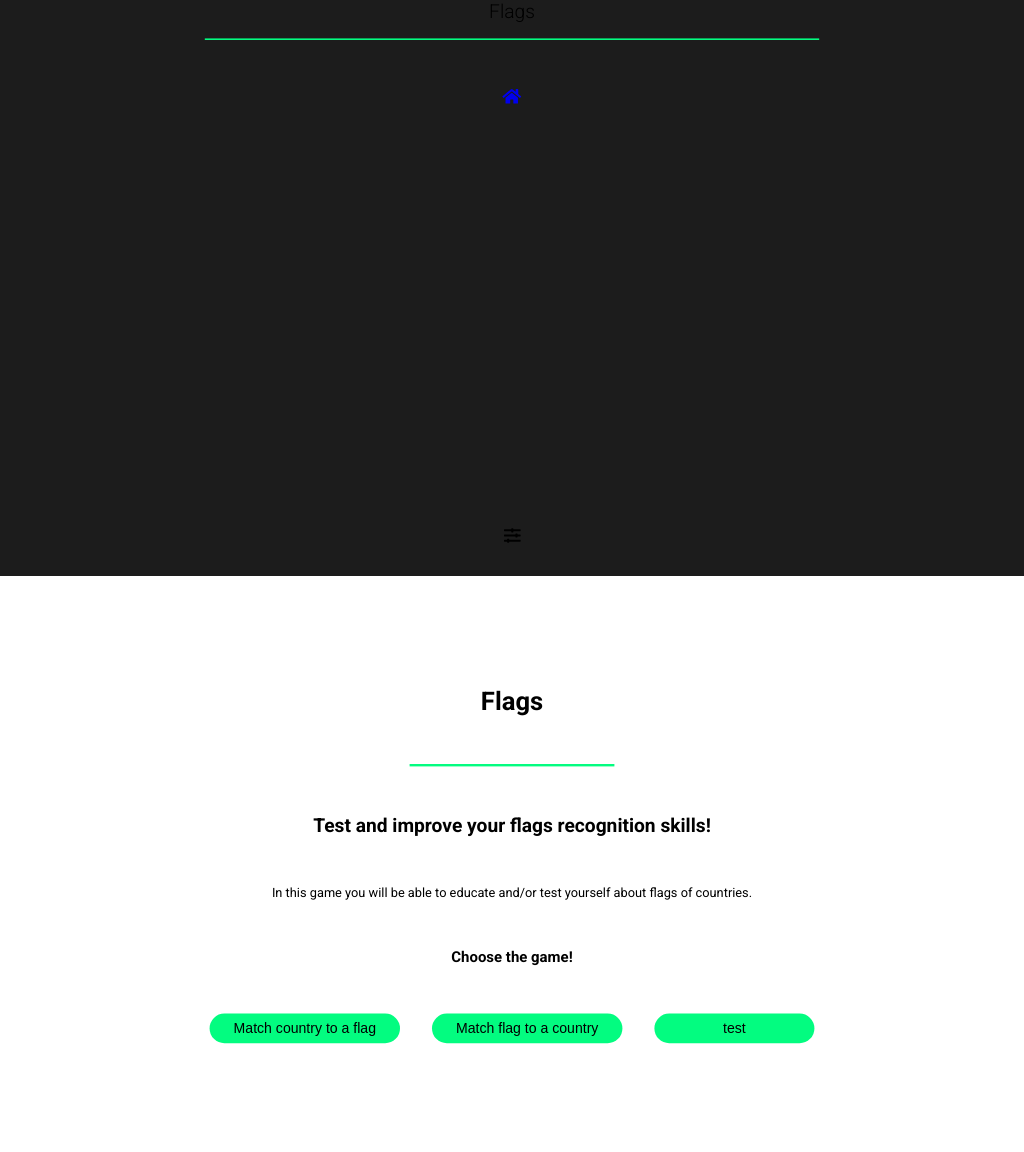
Repository: RXBVK/Flags
Page: /
An editor plug-in stored every save of this project. The page is shown before and after the next save, followed by the edit.
The browser window is 1280 px wide. The pictures show the whole page, at 80% of full size.
The project was rebuilt for these pictures with package versions that can differ from the ones it lists, and the page was loaded fresh each time.

Above is the page before, as saved 2021-06-29 17:20:35.

After the next save:
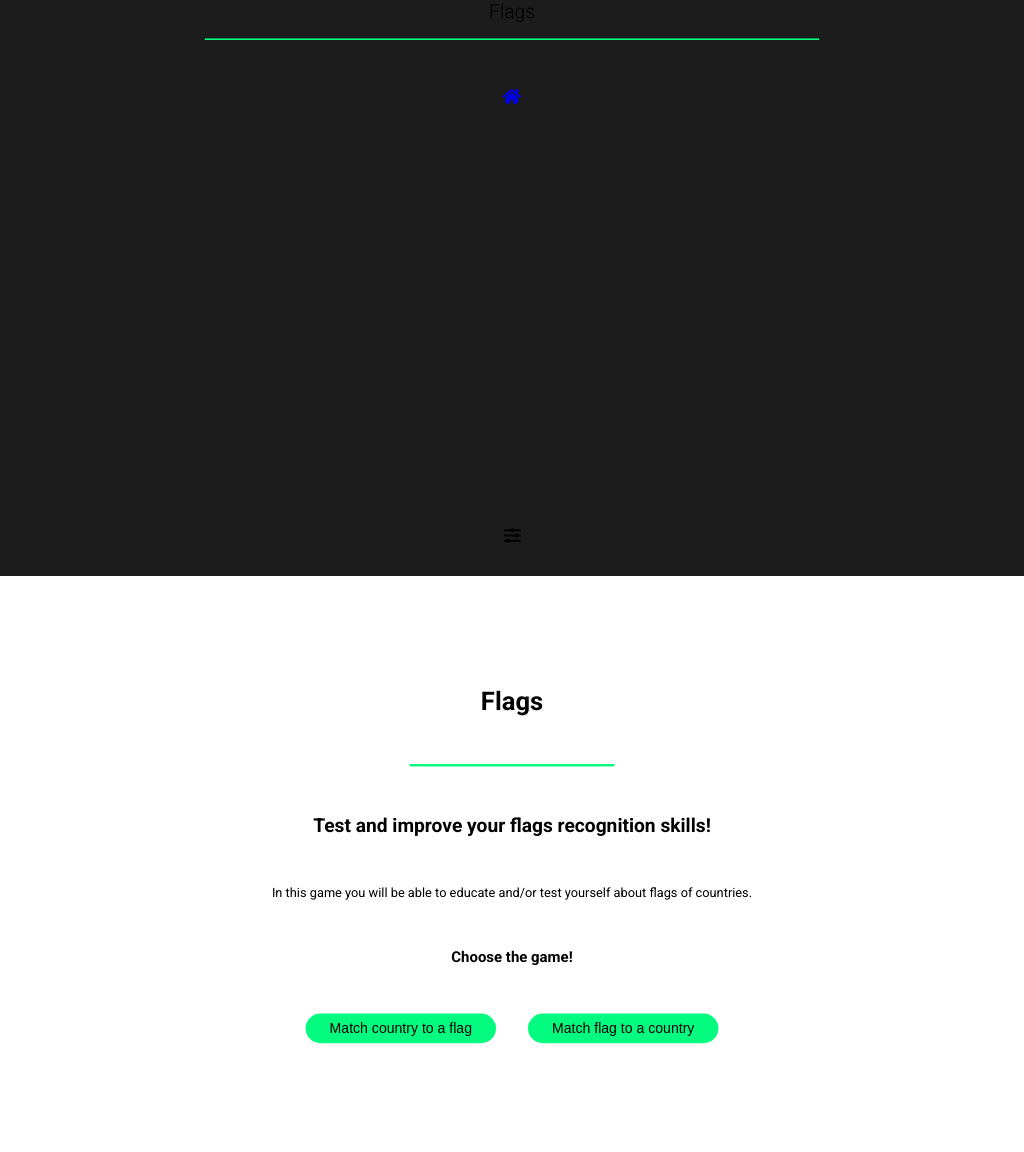
Saved 19 s later.
--- a/src/components/Home/Home.js
+++ b/src/components/Home/Home.js
@@ -19,7 +19,6 @@ export default function Home() {
         <button className="button button--basic">
           Match flag to a country
         </button>
-        <button className="button button--basic">test</button>
       </div>
     </div>
   );
